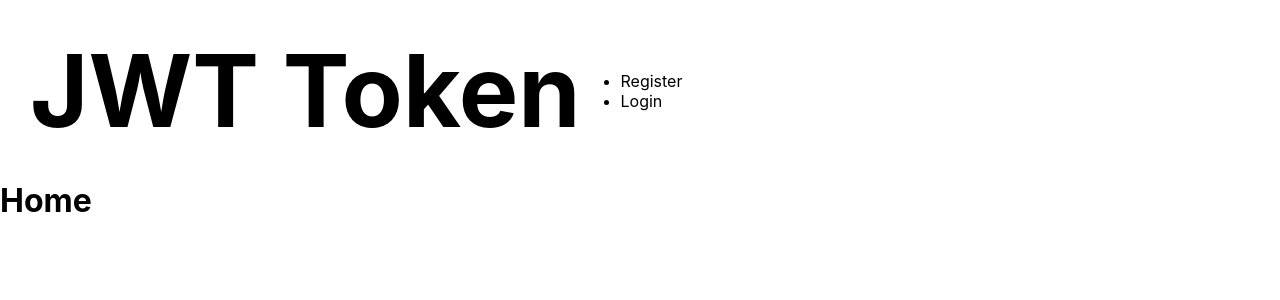
Repository: Prafullkuma/jwttoken
Page: /
An editor plug-in stored every save of this project. The page is shown before and after the next save, followed by the edit.
The browser window is 1280 px wide. The pictures show the whole page.
The project was rebuilt for these pictures with package versions that can differ from the ones it lists, and the page was loaded fresh each time. Also part of the build but not shown: src/App.css, src/component/Auth/Signup.js, src/component/Auth/Signin.js, src/component/User/User.js, src/component/Admin/Dashboard.js.

Above is the page before, as saved 2020-08-22 21:00:16.

After the next save:
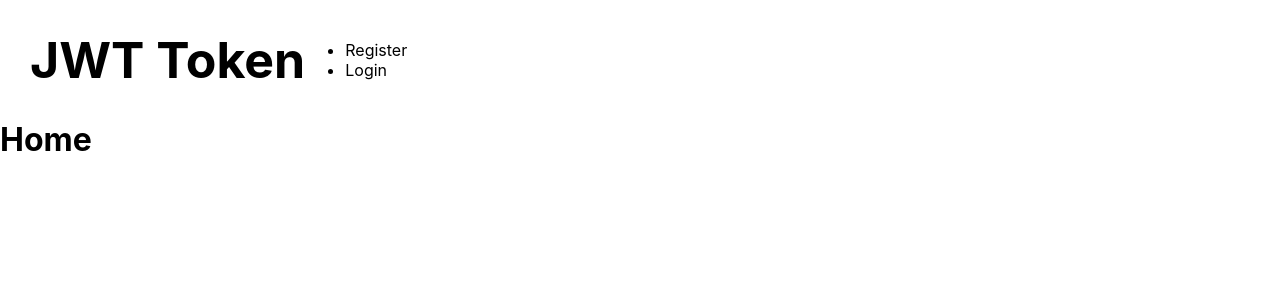
Saved 4 s later.
--- a/src/component/Navbar.css
+++ b/src/component/Navbar.css
@@ -4,7 +4,7 @@ align-items: center;
 padding: 30px;
 }
 .Nav h1{
-    font-size: 100px;
+    font-size: 50px;
 }
 .Nav a{
     text-decoration: none;
